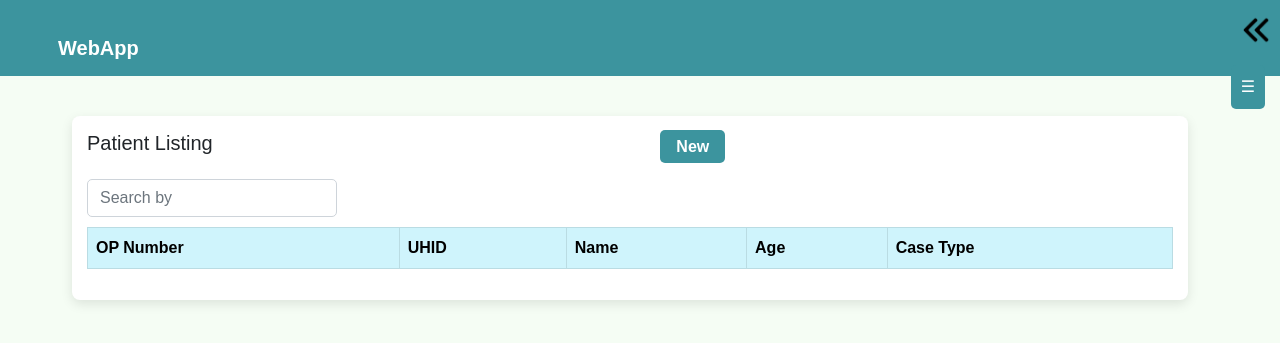
Repository: NAGENDRAN0/New
Page: http://localhost/outpatient
These files come from the project's save history. The page is drawn as it stood at one moment and after the next save; the edit follows.
The browser window is 1280 px wide. The pictures show the whole page.
The page is this project's Thymeleaf template; nobody is signed in. The template is opened directly, without the code that normally fills it, so the values that code supplies are empty.

Above is the page before, as saved 2025-05-15 10:49:51.

After the next save:
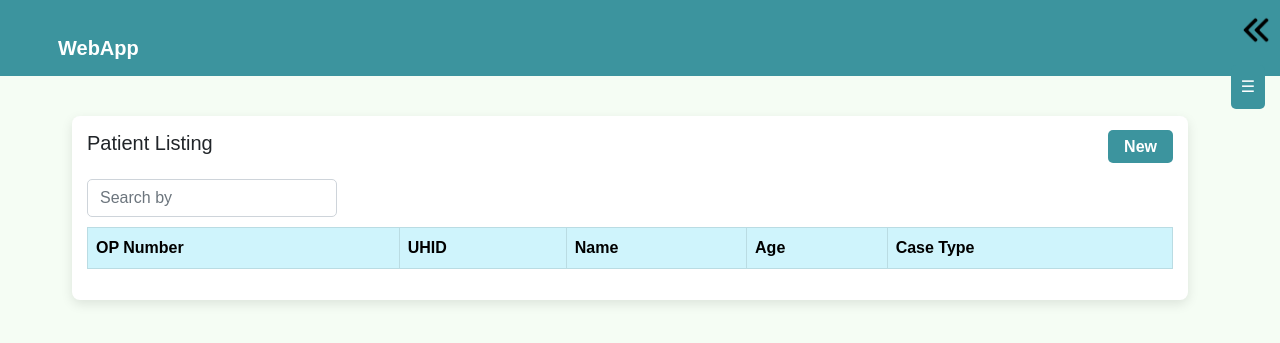
Saved 22 s later.
--- a/Documents/workspace-spring-tool-suite-4-4.25.0.RELEASE/HMS/src/main/resources/templates/outpatient.html
+++ b/Documents/workspace-spring-tool-suite-4-4.25.0.RELEASE/HMS/src/main/resources/templates/outpatient.html
@@ -126,7 +126,7 @@
         <div class="table-container">
             <div class="d-flex justify-content-between align-items-center mb-3">
                 <h5>Patient Listing</h5>
-				<div class="text-center flex-grow-1">
+				<div class="text-center ">
 					<a th:href="@{/outpatient/registration}" class="new-btn ">New</a>
 				</div>
 

After the 2 saves that followed:
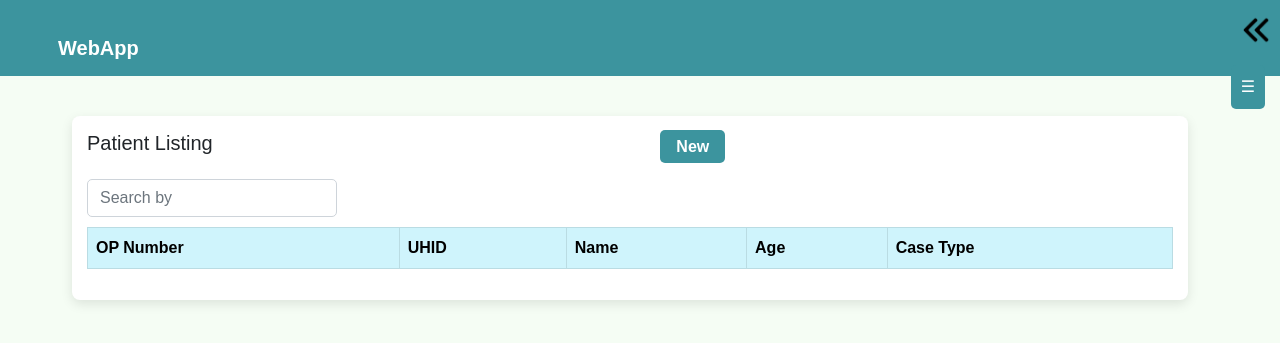
The 2 saves are shown as one change because 1 left the picture as it was.
The last was saved 17 s later.
--- a/Documents/workspace-spring-tool-suite-4-4.25.0.RELEASE/HMS/src/main/resources/templates/outpatient.html
+++ b/Documents/workspace-spring-tool-suite-4-4.25.0.RELEASE/HMS/src/main/resources/templates/outpatient.html
@@ -126,7 +126,7 @@
         <div class="table-container">
             <div class="d-flex justify-content-between align-items-center mb-3">
                 <h5>Patient Listing</h5>
-				<div class="text-center ">
+				<div class="text-center flex-grow-1">
 					<a th:href="@{/outpatient/registration}" class="new-btn ">New</a>
 				</div>
 
